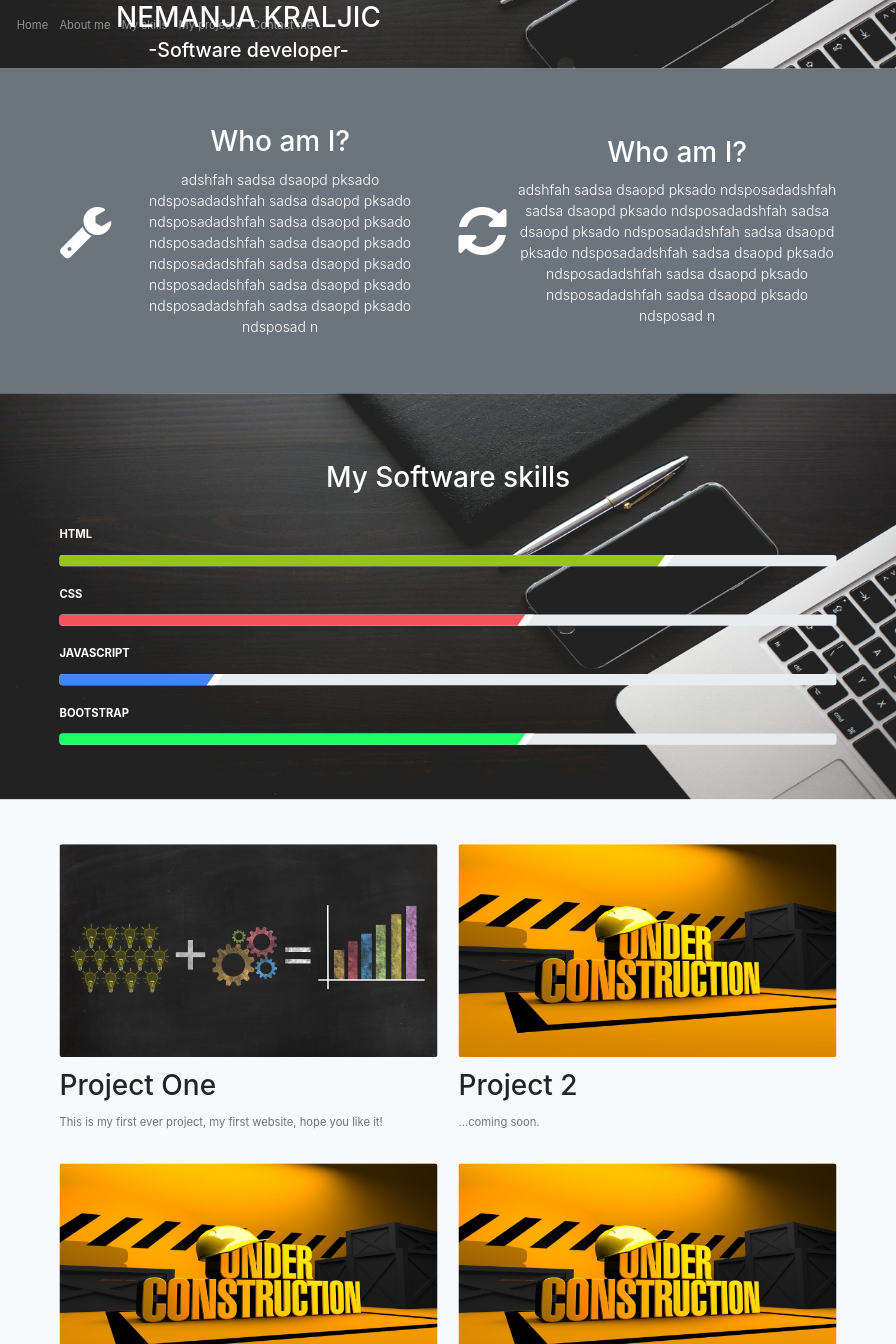
Repository: Kraljiccar/User-Centric-Frontend-Development-Milestone-Project
Page: index.html
The author's editor kept a record of every edit. The page is drawn from the files as they stood at one moment, then again after the next edit.
The browser window is 1280 px wide. The pictures show the part of the page from y = 0 to 1920 px (the page is 2762 px tall), at 70% of full size.
Backgrounds fixed to the window are drawn as part of the page.

Above is the page before.

### index.html
<!DOCTYPE html>
<html lang="en-US">

<head>
    <meta charset="UTF-8">
    <meta name="viewport" content="width=device-width, initial-scale=1.0">
    <meta http-equiv="X-UA-Compatible" content="ie=edge">
    <link rel="stylesheet" href="./assets/css/style.css" type="text/css" />
    <link rel="stylesheet" href="https://stackpath.bootstrapcdn.com/bootstrap/4.3.1/css/bootstrap.min.css" integrity="sha384-ggOyR0iXCbMQv3Xipma34MD+dH/1fQ784/j6cY/iJTQUOhcWr7x9JvoRxT2MZw1T" crossorigin="anonymous">
    <link rel="stylesheet" href="https://stackpath.bootstrapcdn.com/font-awesome/4.7.0/css/font-awesome.min.css" type="text/css" />

    <title>Nemanja Kraljic</title>
</head>

<body data-spy="scroll" data-target="#navbarResponsive">
    <nav class="navbar navbar-expand-sm transparent navbar-dark p-3 fixed-top">
  <button class="navbar-toggler" type="button" data-toggle="collapse" data-target="#navbarTogglerDemo03" aria-controls="navbarTogglerDemo03" aria-expanded="false" aria-label="Toggle navigation">
    <span class="navbar-toggler-icon"></span>
  </button>


  <div class="collapse navbar-collapse justify-content-end" id="navbarTogglerDemo03">

    <ul class="navbar-nav mr-auto mt-2 mt-lg-0">
      <li class="nav-item">
        <a class="nav-link" href="#banner">Home <span class="sr-only">(current)</span></a>
      </li>
      <li class="nav-item">
        <a class="nav-link" href="#about-me">About me</a>
      </li>
       <li class="nav-item">
        <a class="nav-link" href="#skills">My skills</a>
      </li>
       <li class="nav-item">
        <a class="nav-link" href="#projects">My projects</a>
      </li>
       <li class="nav-item">
        <a class="nav-link" href="#contact">Contact me</a>
      </li>

    </ul>

  </div>
</nav>
    <section id="banner">
        <div class="container">
            <div class="row max-viewport align-items-center text-center">
                <div class="col-md-6 ">
                    <h1 class="text-white text-uppercase">Nemanja Kraljic</h1>
                    <h3 class="text-white">-Software developer-</h2>
                </div>
            </div>
        </div>
    </section>
    <!-----about me----->
    <section id="about-me" class="py-5 bg-secondary">
        <div class="container">
            <div class="row align-items-center text-center text-white">
                <div class="col-sm-12 col-md-6 col-lg-4text-white my-3 d-flex">
                    <i class="fa fa-wrench fa-5x mr-3 align-self-center"></i>
                    <div class="inner-text">
                        <h1 class="my-3">Who am I?</h1>
                        <p class="lead">adshfah sadsa dsaopd pksado ndsposadadshfah sadsa dsaopd pksado ndsposadadshfah sadsa dsaopd pksado ndsposadadshfah sadsa dsaopd pksado ndsposadadshfah sadsa dsaopd pksado ndsposadadshfah sadsa dsaopd pksado ndsposadadshfah sadsa
                            dsaopd pksado ndsposad n</p>

                    </div>
                </div>
                <div class="col-sm-12 col-md-6 col-lg-4text-white my-3 d-flex">
                    <i class="fa fa-refresh fa-5x mr-3 align-self-center"></i>
                    <div class="inner-text">
                        <h1 class="my-3">Who am I?</h1>
                        <p class="lead">adshfah sadsa dsaopd pksado ndsposadadshfah sadsa dsaopd pksado ndsposadadshfah sadsa dsaopd pksado ndsposadadshfah sadsa dsaopd pksado ndsposadadshfah sadsa dsaopd pksado ndsposadadshfah sadsa dsaopd pksado ndsposadadshfah sadsa
                            dsaopd pksado ndsposad n</p>

                    </div>
                </div>

            </div>
        </div>

    </section>
    <!-----skills---->
    <section id="skills" class="p-5">
        <div class="naslov">
            <h1 class="mb-5 mt-5"> My Software skills</h1>
        </div>
        <div class="container">
            <div class="row">
                <div class="col-md-12">
                    <h3 class="progress-title">HTML</h3>
                    <div class="progress">
                        <div class="progress-bar" style="width:78%; background:#97c513;">
                            <div class="progress-value">65%</div>
                        </div>
                    </div>
                    <h3 class="progress-title">CSS</h3>
                    <div class="progress">
                        <div class="progress-bar" style="width:60%; background:#f2545b;">
                            <div class="progress-value">100%</div>
                        </div>
                    </div>
                    <h3 class="progress-title">JAVASCRIPT</h3>
                    <div class="progress">
                        <div class="progress-bar" style="width:20%; background:#4286f4;">
                            <div class="progress-value">75%</div>
                        </div>
                    </div>
                    <h3 class="progress-title">BOOTSTRAP</h3>
                    <div class="progress">
                        <div class="progress-bar" style="width:60%; background:#21ff63;">
                            <div class="progress-value">30%</div>
                        </div>
                    </div>
                </div>
            </div>
        </div>
    </section>

    <section id="projects" class="p-5 bg-light">
        <div class="container">
            <div class="row">
                <div class="col-sm-6 my-3">
                    <img src="assets/images/success.jpg" alt="#" class="img-fluid rounded" alt="picture">
                    <h1 class="my-3">Project One</h1>
                    <p class="text-muted">This is my first ever project, my first website, hope you like it!</p>
                </div>
                <div class="col-sm-6 my-3">
                    <img src="assets/images/under-construction.jpg" alt="#" class="img-fluid rounded" alt="picture">
                    <h1 class="my-3">Project 2</h1>
                    <p class="text-muted">...coming soon.</p>
                </div>
                <div class="col-sm-6 my-3">
                    <img src="assets/images/under-construction.jpg" alt="#" class="img-fluid rounded" alt="picture">
                    <h1 class="my-3">Project #</h1>
                    <p class="text-muted">...coming soon.</p>
                </div>
                <div class="col-sm-6 my-3">
                    <img src="assets/images/under-construction.jpg" alt="#" class="img-fluid rounded" alt="picture">
                    <h1 class="my-3">Project 4</h1>
                    <p class="text-muted">...coming soon.</p>
                </div>


            </div>
        </div>
    </section>
    <section id="contact">
        <div class="container">
            <div class="row justify justify-content-center">
                <div class="col-11 col-md-8 col-lg-6 col-xl-5">
                    <form class="">
                        <div class="card bg-transparent">
                            <div class="row mt-0">
                                <div class="col-md-12 ">
                                    <h4 class="">Contact Me</h4>
                                    <p>Feel free to contact me if you have any projects or job for me.</p>
                                </div>
                            </div>
                            <div class="form-group row mb-3">
                                <div class="col-md-12 mb-0">
                                    <p class="mb-1">Email</p> <input id="e-mail" type="text" placeholder="Enter your email" name="email" class="form-control input-box rm-border">
                                </div>
                            </div>
                            <div class="form-group row">
                                <div class="col-md-12 mb-2">
                                    <p class="mb-1">Message</p> <textarea id="message" type="text" placeholder="Enter your message" name="message" class="form-control input-box rm-border"></textarea>
                                </div>
                            </div>
                            <div class="form-group row justify-content-center mb-0">
                                <div class="col-md-12 px-3"> <input type="submit" value="Submit" class="btn btn-block btn-dark rm-border"> </div>
                            </div>
                        </div>
                    </form>
                </div>
            </div>
        </div>
    </section>
    <section id="footer" class="p-2 bg-dark">
        <div class="container">
            <div class="row">
                <div class="col text-center">
                    <h4 class="text-white text-capiralize">&copy;Copyright Kraljic 2019</h4>
                </div>
            </div>
        </div>

    </section>
    <!-----Script---->
    <script src="https://code.jquery.com/jquery-3.3.1.slim.min.js" integrity="sha384-q8i/X+965DzO0rT7abK41JStQIAqVgRVzpbzo5smXKp4YfRvH+8abtTE1Pi6jizo" crossorigin="anonymous"></script>
    <script src="https://cdnjs.cloudflare.com/ajax/libs/popper.js/1.14.7/umd/popper.min.js" integrity="sha384-UO2eT0CpHqdSJQ6hJty5KVphtPhzWj9WO1clHTMGa3JDZwrnQq4sF86dIHNDz0W1" crossorigin="anonymous"></script>
    <script src="https://stackpath.bootstrapcdn.com/bootstrap/4.3.1/js/bootstrap.min.js" integrity="sha384-JjSmVgyd0p3pXB1rRibZUAYoIIy6OrQ6VrjIEaFf/nJGzIxFDsf4x0xIM+B07jRM" crossorigin="anonymous"></script>
</body>

</html>

### assets/css/style.css
@import url('https://fonts.googleapis.com/css?family=Roboto:400,700&display=swap');

body {
  font-family: 'Roboto', sans-serif;
}




#banner,
#skills {
  background: url("../images/office.jpg"), linear-gradient(rgba(179, 179, 179, 1), rgba(247, 247, 247, 1));
  background-attachment: fixed;
  background-position: center center;
  background-repeat: no-repeat;
  background-size: cover;
}

.naslov {
  color: #fff;
}

.naslov h1 {
  text-align: center
}

.progress-title {
  font-size: 16px;
  font-weight: 700;
  color: #fff;
  margin: 0 0 20px;
}

.progress {
  height: 20px;
  background: #333;
  border-radius: 0;
  box-shadow: none;
  margin-bottom: 30px;
  overflow: visible
}

.progress-value {
  font-size: 20px;
  color: #fff;
}

.progress .progress-bar {
  position: relative;
  -webkit-animation: animate-positive 2s;
  animation: animate-positive 2s
}

.progress .progress-value {
  display: block;
  font-size: 18px;
  font-weight: 500;
  color: black;
  position: absolute;
  top: -30px;
  right: -25px
}

.progress .progress-bar:after {
  content: "";
  display: inline-block;
  width: 10px;
  background: #fff;
  position: absolute;
  top: -10px;
  bottom: -10px;
  right: -5px;
  z-index: 1;
  transform: rotate(35deg)
}

.img-fluid {
  width:100%;
  height:20%;
  background-position: center;
  background-size: cover;
  background-repeat: no-repeat;

}

#contact {
  width: 100%;
  height: 70vh;

  background-image: url(../images/keyboard.jpg);
  background-position: center center;
  background-size: cover;
  background-attachment: fixed;
}
.box {
    margin: auto
}

.card {
    padding: 8%;
    padding-top: 35px;
    margin-top: 60px;
    margin-bottom: 80px
}

textarea[name="message"] {
    resize: none
}

#e-mail {
    height: 45px
}

#message {
    height: 120px
}

input.input-box,
textarea.input-box {
    background-color: #fff;
    border: #616161;
    color: #BDBDBD
}

input.input-box:focus,
textarea.input-box:focus {
    background-color: #F5F5F5;
    color: #BDBDBD
}

.rm-border:focus {
    border-color: inherit;
    -webkit-box-shadow: none;
    box-shadow: none
}

form .form-control::-webkit-input-placeholder {
    color: #9E9E9E
}

::-moz-placeholder {
    color: #9E9E9E !important
}

After the next edit:
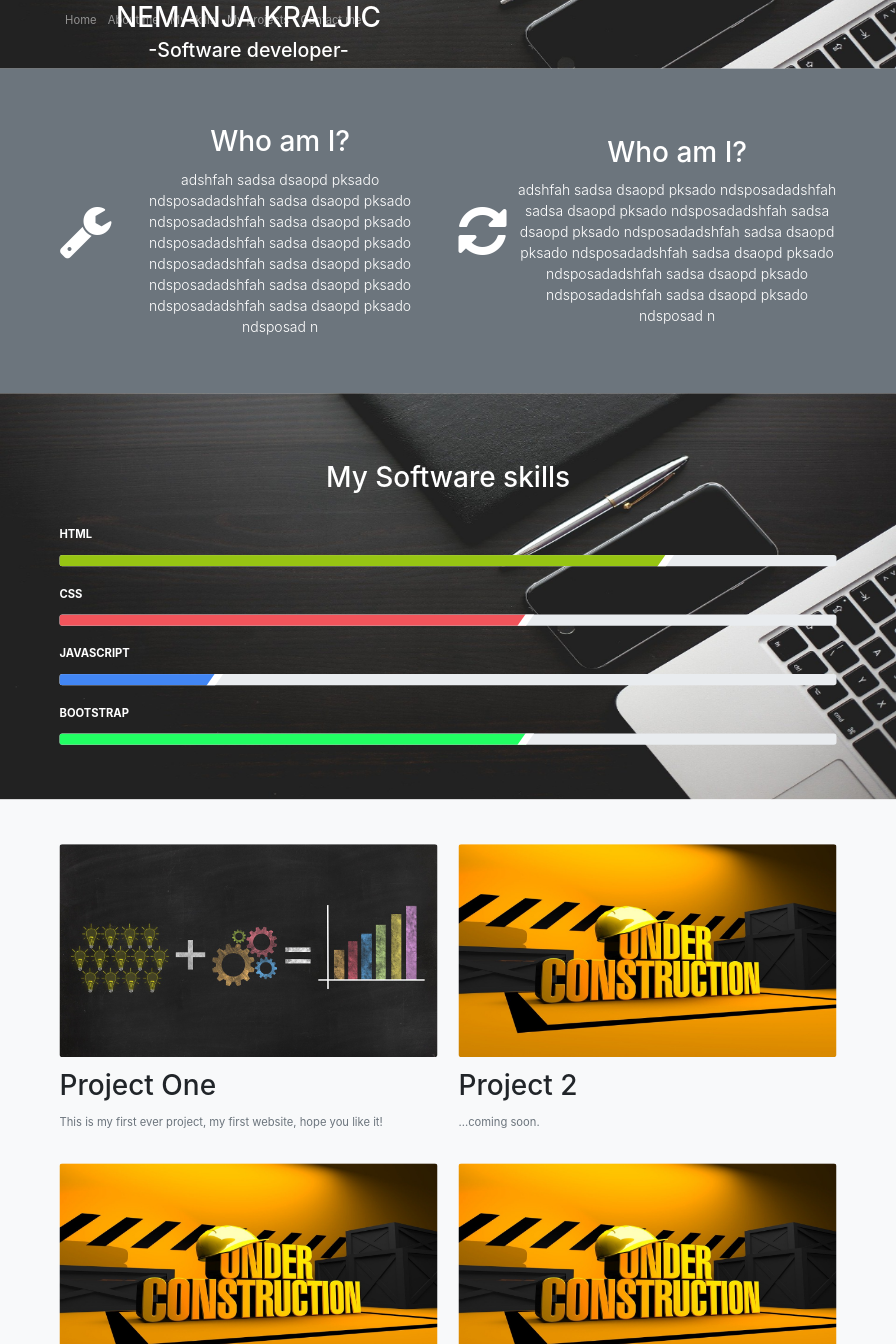
The edit:
--- a/index.html
+++ b/index.html
@@ -13,7 +13,8 @@
 </head>
 
 <body data-spy="scroll" data-target="#navbarResponsive">
-    <nav class="navbar navbar-expand-sm transparent navbar-dark p-3 fixed-top">
+    <nav class="navbar navbar-expand-sm transparent navbar-dark p-2 fixed-top">
+        <div class="container">
   <button class="navbar-toggler" type="button" data-toggle="collapse" data-target="#navbarTogglerDemo03" aria-controls="navbarTogglerDemo03" aria-expanded="false" aria-label="Toggle navigation">
     <span class="navbar-toggler-icon"></span>
   </button>
